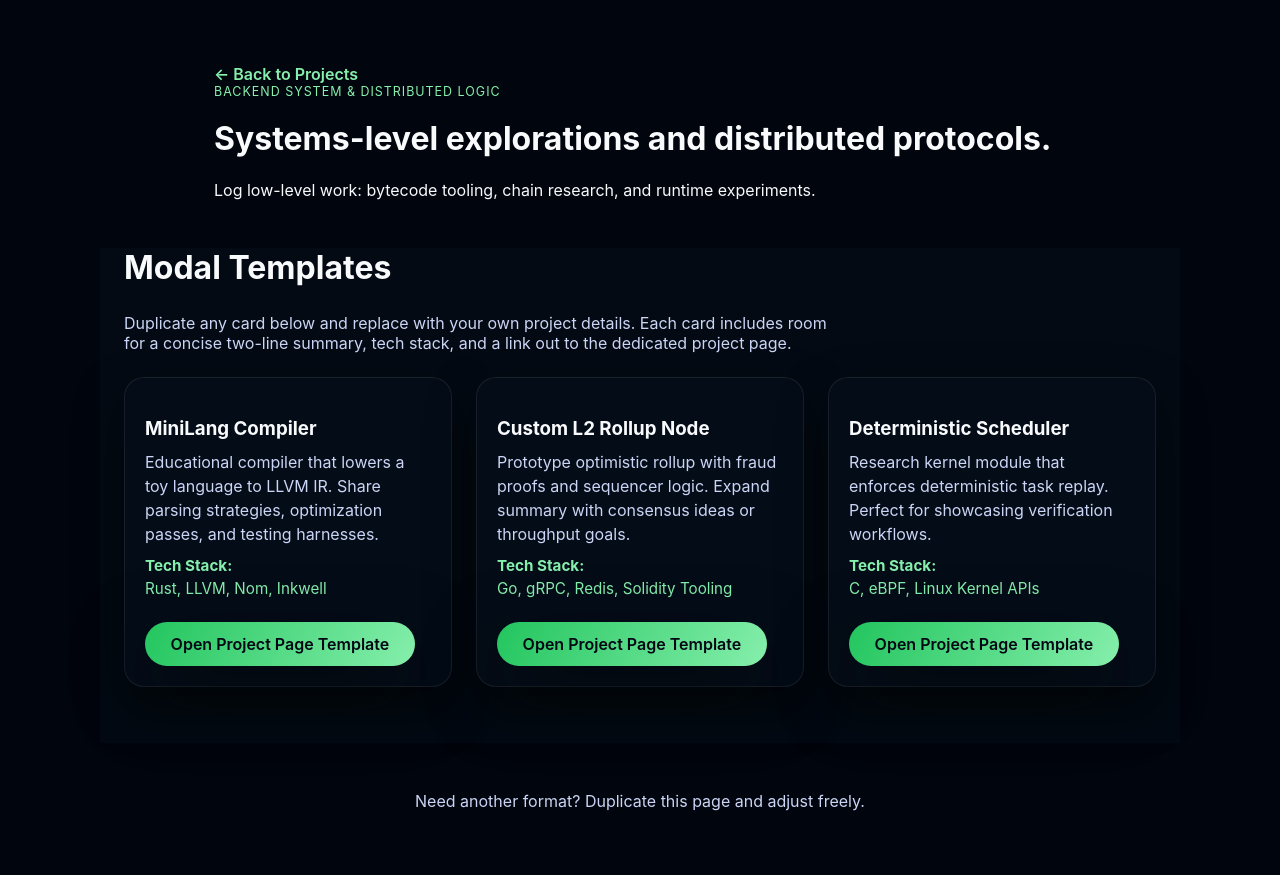
Repository: Abdulaziz-04/Abdulaziz-04.github.io
Page: projects/backend_systems.html
An editor plug-in stored every save of this project. The page is shown before and after the next save, followed by the edit.
The browser window is 1280 px wide. The pictures show the whole page.

Above is the page before, as saved 2025-11-20 17:15:50.

After the next save:
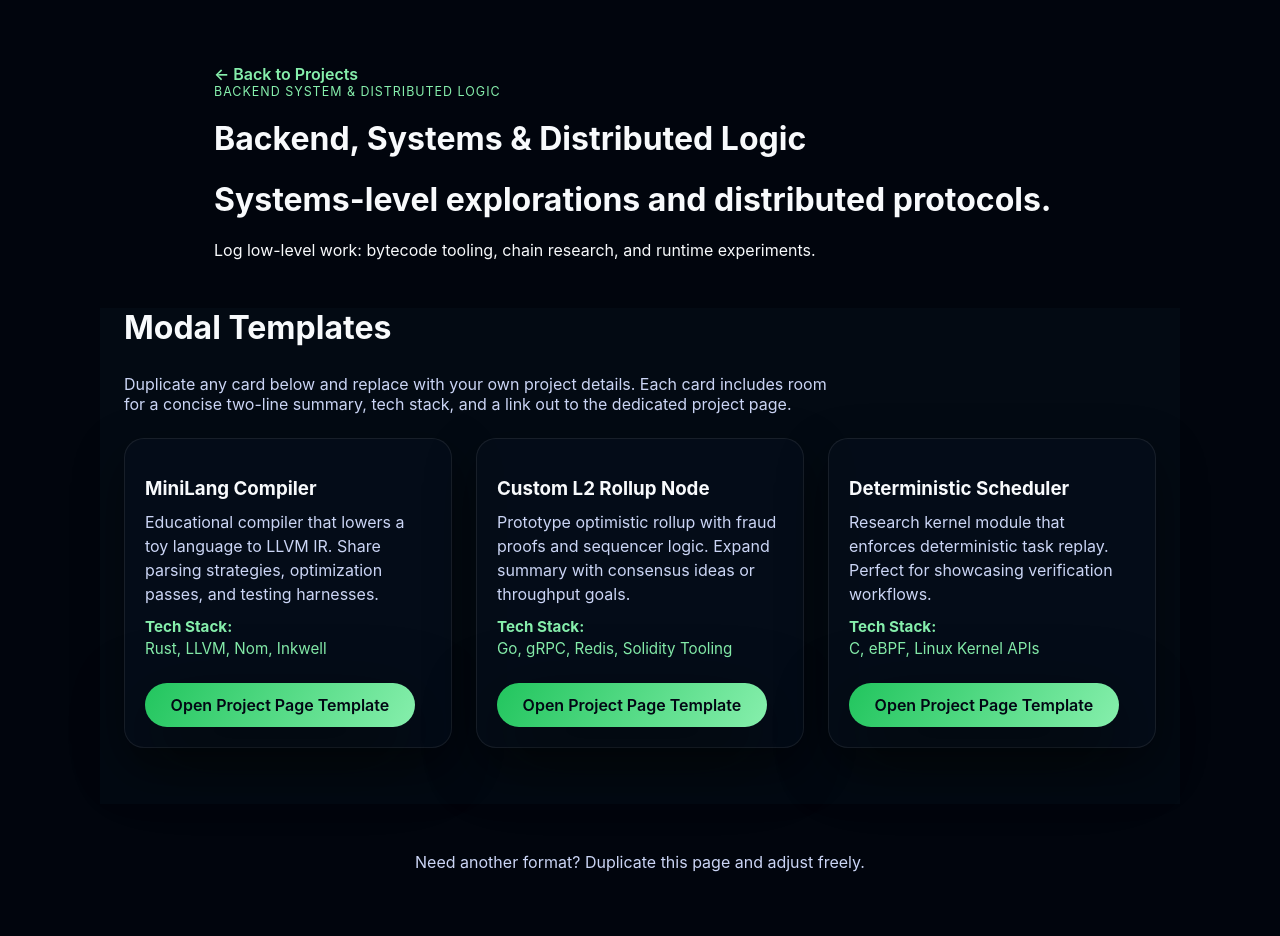
Saved 30 s later.
--- a/projects/backend_systems.html
+++ b/projects/backend_systems.html
@@ -14,6 +14,7 @@
       <a class="category-pill" href="../index.html#projects"
         >Backend System &amp; Distributed Logic</a
       >
+      <h1>Backend, Systems &amp; Distributed Logic</h1>
       <h1>Systems-level explorations and distributed protocols.</h1>
       <p>
         Log low-level work: bytecode tooling, chain research, and runtime
